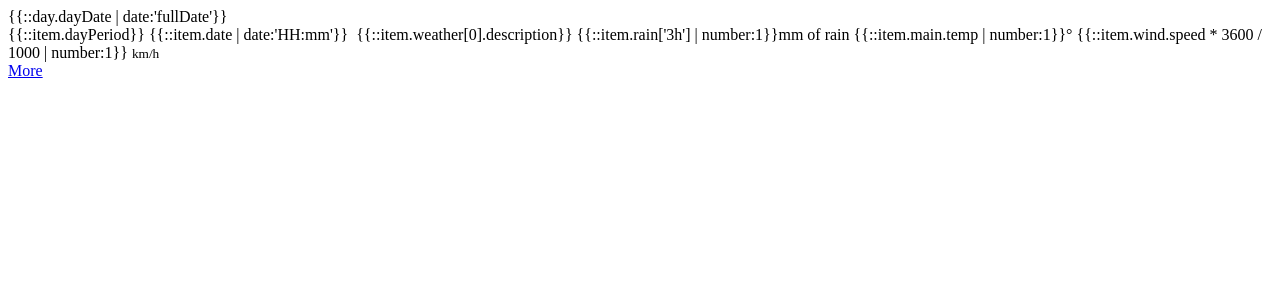
Repository: davideicardi/open-weather
Page: www/templates/home.html
The author's editor kept a record of every edit. The page is drawn from the files as they stood at one moment, then again after the next edit.
The browser window is 1280 px wide. The pictures show the whole page.

Above is the page before.

### www/templates/home.html
<ion-view view-title="Weather forecast - {{options.city}}">

  <ion-content>
    <ion-refresher
        pulling-text="Pull to refresh..."
        on-refresh="doRefresh()">
    </ion-refresher>

    <div class="list ow-weather">
      <div ng-repeat="day in days | orderBy : 'dayDate'">
        <div class="item item-divider">
          <span>{{::day.dayDate | date:'fullDate'}}</span>
        </div>

        <div class="item" ng-repeat="item in day.items">
          <span class="ow-weather-daytime">{{::item.dayPeriod}}</span>
          <span class="ow-time">{{::item.date | date:'HH:mm'}}</span>
          <img class="ow-weather-icon" ng-src="img/{{::item.weather[0].icon}}.png" />
          <span class="ow-description">
            {{::item.weather[0].description}}
            <span class="ow-rain" ng-if="item.rain['3h'] > 1">
              {{::item.rain['3h'] | number:1}}mm of rain
            </span>
          </span>
          <span class="ow-temperature">{{::item.main.temp | number:1}}°</span>
          <span class="ow-wind">{{::item.wind.speed * 3600 / 1000 | number:1}} <small>km/h</small></span>
        </div>
      </div>
    </div>

  </ion-content>

  <ion-footer-bar align-title="center" class="bar-dark">
    <a href="#" class="title" ng-click="openLink('http://openweathermap.org/city/{{forecast.city.id}}')">More</a>
  </ion-footer-bar>

</ion-view>

After the next edit:
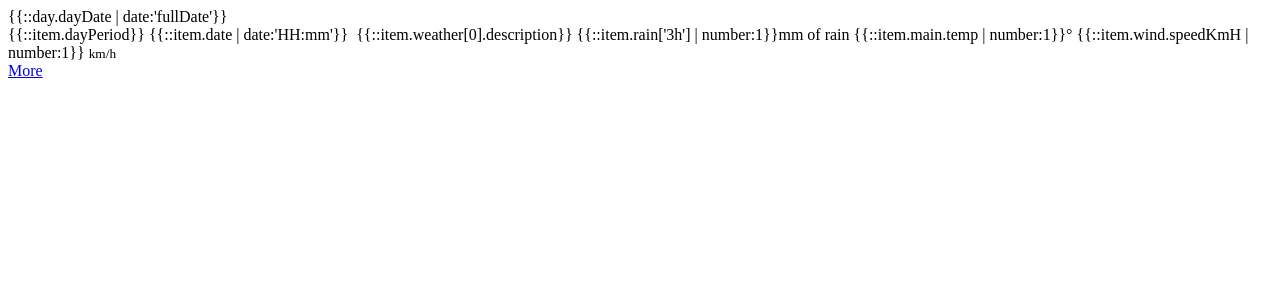
The edit:
--- a/www/templates/home.html
+++ b/www/templates/home.html
@@ -23,7 +23,7 @@
             </span>
           </span>
           <span class="ow-temperature">{{::item.main.temp | number:1}}°</span>
-          <span class="ow-wind">{{::item.wind.speed * 3600 / 1000 | number:1}} <small>km/h</small></span>
+          <span class="ow-wind" ng-if="item.wind.speedKmH >= 8">{{::item.wind.speedKmH | number:1}} <small>km/h</small></span>
         </div>
       </div>
     </div>
